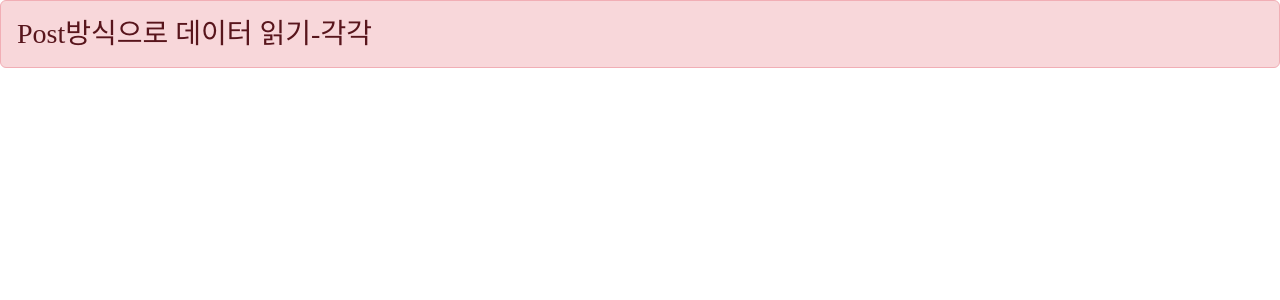
Repository: hyuck9409/newnaver0314
Page: http://localhost/SpringMvcEx2/form2
These files come from the project's save history. The page is drawn as it stood at one moment and after the next save; the edit follows.
The browser window is 1280 px wide. The pictures show the whole page.
Some web fonts or font styles are not loaded; a fallback is used. The page is served by Tomcat 9.

Above is the page before, as saved 2024-05-20 02:57:30.

After the next save:
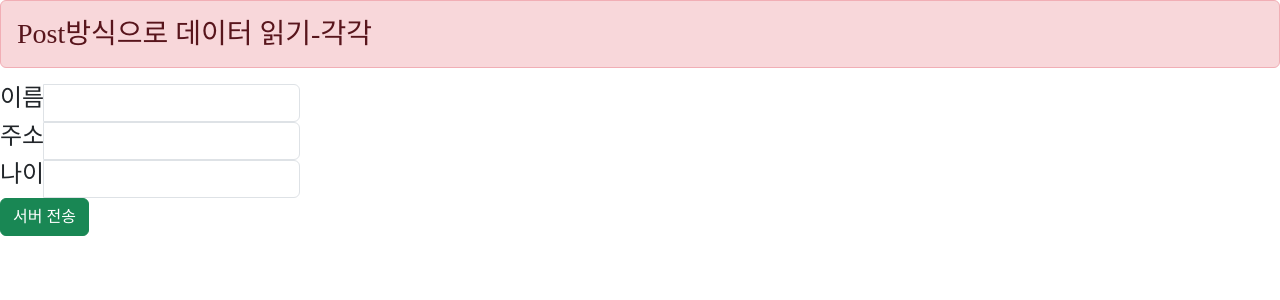
Saved 1 s later.
--- a/naver0314devops11/springwork/SpringMvcEx2/src/main/webapp/WEB-INF/form2/myform2.jsp
+++ b/naver0314devops11/springwork/SpringMvcEx2/src/main/webapp/WEB-INF/form2/myform2.jsp
@@ -20,5 +20,23 @@
 </head>
 <body>
 <h3 class="alert alert-danger">Post방식으로 데이터 읽기-각각</h3>
+<form action="./read2" method="post">
+<div class="input-group" style="width:300px;">
+<h4>이름</h4>
+<input type="text" name="name" class="form-control">
+</div>
+
+<div class="input-group" style="width:300px;">
+<h4>주소</h4>
+<input type="text" name="addr" class="form-control">
+</div>
+
+<div class="input-group" style="width:300px;">
+<h4>나이</h4>
+<input type="text" name="age" class="form-control">
+</div>
+<button type="submit" class="btn btn-success">서버 전송</button>
+
+</form>
 </body>
 </html>
